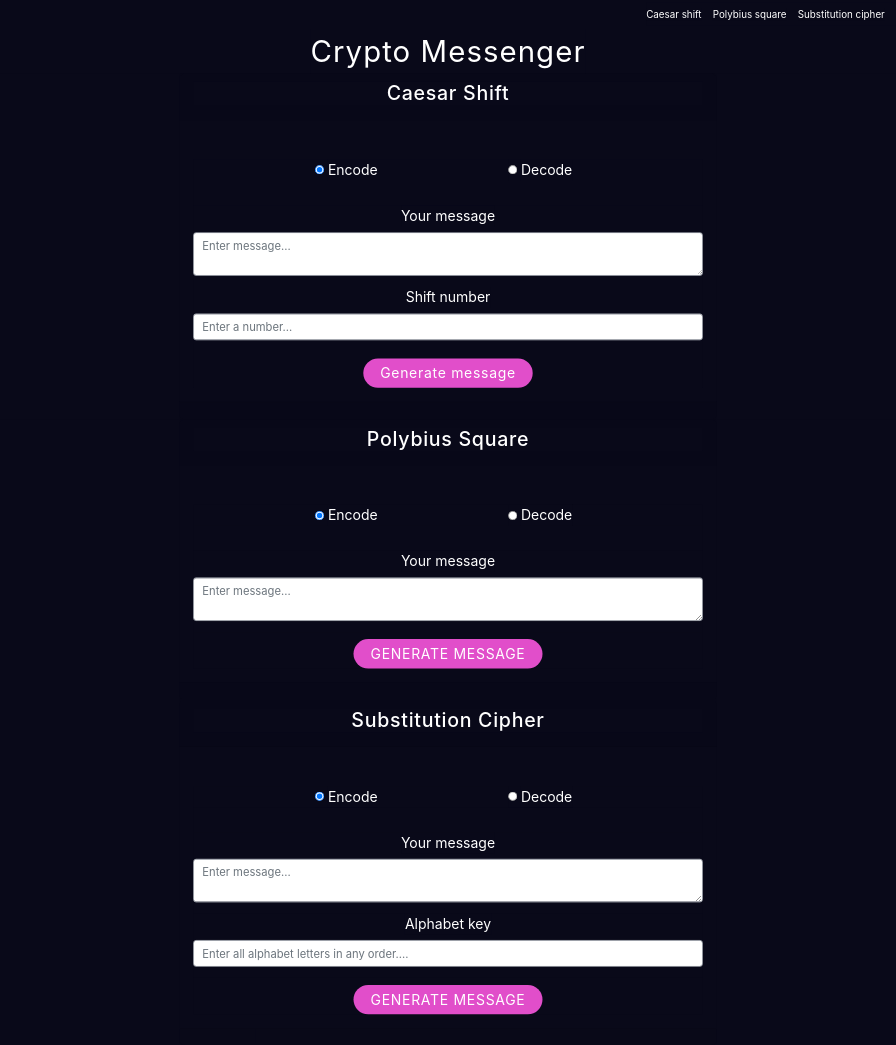
Repository: Rthompson2548/Project-Decoder-Ring
Page: index.html
The author's editor kept a copy of each file at every save. The page is drawn from the files as they stood at one save, then again after the next save.
The browser window is 1280 px wide. The pictures show the whole page, at 70% of full size.

Above is the page before, as saved 2022-04-09 20:25:26.

After the next save:
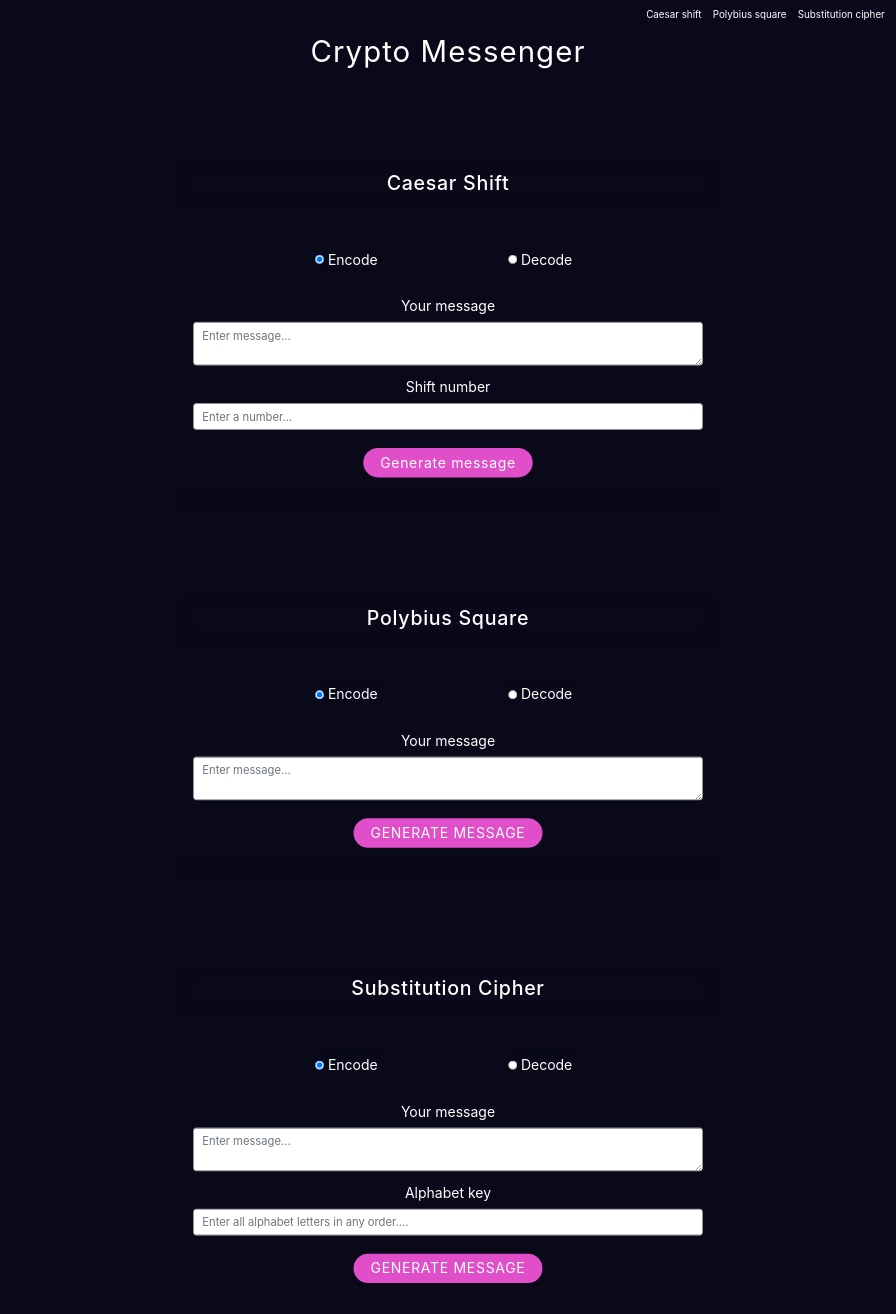
Saved 8 s later.
--- a/index.css
+++ b/index.css
@@ -66,7 +66,7 @@ label {
   color: #000;
   border: none;
   border-radius: 8px;
-  margin: 0 10%;
+  margin-top: 10%;
 }
 
 .language-card-title {
